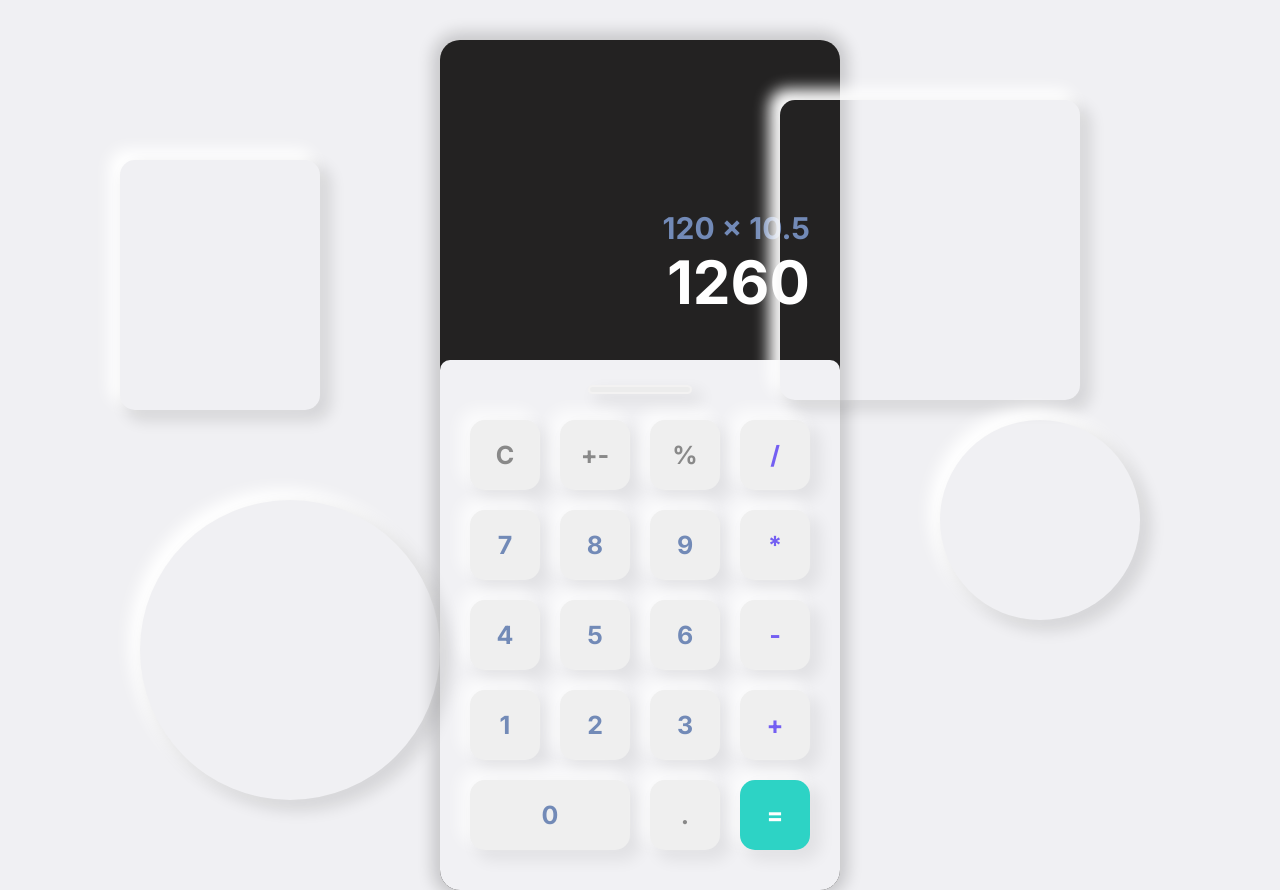
Repository: BrunoBross/calculator
Page: index.html
An editor plug-in stored every save of this project. The page is shown before and after the next save, followed by the edit.
The browser window is 1280 px wide. The pictures show the whole page.

Above is the page before, as saved 2021-11-30 23:57:03.

### index.html
<!DOCTYPE html>
<html lang="en">
<head>
  <meta charset="UTF-8">
  <meta http-equiv="X-UA-Compatible" content="IE=edge">
  <meta name="viewport" content="width=device-width, initial-scale=1.0">
  <title>Calculator</title>
  <link rel="stylesheet" href="./style.css">
  <link rel="preconnect" href="https://fonts.googleapis.com">
  <link rel="preconnect" href="https://fonts.gstatic.com" crossorigin>
  <link href="https://fonts.googleapis.com/css2?family=Inter:wght@400;500;700&display=swap" rel="stylesheet">
</head>
<body>
  <main>
    <div class="calculator">
      <div class="view">
        <span id="history">120 x 10.5</span>
        <span id="result">1260</span>
      </div>
      <div class="buttons">
        <div id="effect"></div>
        <button class="extra" id="reset">C</button>
        <button class="extra" id="moreless">+-</button>
        <button class="extra" id="percent">%</button>
        <button class="operator" id="division">/</button>
        <button class="number" id="seven">7</button>
        <button class="number" id="eight">8</button>
        <button class="number" id="nine">9</button>
        <button class="operator" id="multiply">*</button>
        <button class="number" id="four">4</button>
        <button class="number" id="five">5</button>
        <button class="number" id="six">6</button>
        <button class="operator" id="less">-</button>
        <button class="number" id="one">1</button>
        <button class="number" id="two">2</button>
        <button class="number" id="three">3</button>
        <button class="operator" id="plus">+</button>
        <button class="number" id="zero">0</button>
        <button class="extra" id="dot">.</button>
        <button class="equals" id="equals">=</button>
      </div>
    </div>
    <div class="frufrus">
      <div class="small-square"></div>
      <div class="square"></div>
      <div class="small-circle"></div>
      <div class="circle"></div>
    </div>
  </main>
</body>
<script src="./script.js"></script>
</html>

### style.css
*{
  padding: 0;
  margin: 0;
  font-family: 'Inter', sans-serif;
  font-weight: 700;
}

body{
  background-color: #F0F0F3;
}

main{
  display: flex;
  justify-content: center;
  margin-top: 40px;
}

.calculator{
  background-color: #232222;
  display: flex;
  flex-direction: column;
  width: 400px;
  height: 850px;
  border-radius: 20px;
  box-shadow: 0 0 15px 8px #0000002a;
}

.view{
  display: flex;
  flex-direction: column;
  align-items: flex-end;
  height: 200px;
  margin-top: 170px;
  margin-right: 30px;
}

.view > span{
  color: #FFF;
  font-size: 60px;
}

#history{
  font-size: 30px;
  color: #728AB7;
}

.buttons{
  padding-top: 60px;
  padding-bottom: 40px;
  background-color: #F1F1F4;
  display: flex;
  justify-content: center;
  flex-wrap: wrap;
  gap: 20px;
  border-radius: 10px 10px 20px 20px;
}

.buttons > button{
  box-shadow: 8px 8px 15px 3px #00000010, -8px -8px 15px 3px #ffffffb0;
  border: none;
  height: 70px;
  width: 70px;
  border-radius: 15px;
  cursor: pointer;
  transition: 0.3s;
  font-size: 25px;
}

button:hover{
  background-color: #cccccc;
}

.equals:hover{
  background-color: #28a59a;
}

#zero{
  width: 160px;
}

.number{
  color: #728AB7;
}

.operator{
  color: #745FF2;
}

.equals{
  color: white;
  background-color: #2DD3C5;
}

.extra{
  color: #898989;
}

#effect{
  background-color: rgb(236, 236, 236);
  border: 2px solid #f3f2f2;
  border-radius: 5px;
  box-shadow: 8px 8px 15px 3px #00000010;
  height: 5px;
  width: 100px;
  position: absolute;
  top: 385px;
}

.small-square{
  height: 250px;
  width: 200px;
  position: absolute;
  border-radius: 15px;
  top: 160px;
  left: 120px;
  box-shadow: 8px 8px 15px 3px #0000001c, -8px -8px 15px 3px #ffffff;}

.square{
  height: 300px;
  width: 300px;
  position: absolute;
  border-radius: 15px;
  top: 100px;
  right: 200px;
  box-shadow: 8px 8px 15px 3px #0000001c, -8px -8px 15px 3px #ffffff;}

.small-circle{
  height: 200px;
  width: 200px;
  position: absolute;
  border-radius: 50%;
  bottom: 100px;
  right: 140px;
  box-shadow: 8px 8px 15px 3px #0000001c, -8px -8px 15px 3px #ffffff;
}

.circle{
  height: 300px;
  width: 300px;
  position: absolute;
  border-radius: 50%;
  bottom: -80px;
  left: 140px;
  box-shadow: 8px 8px 15px 3px #0000001c, -8px -8px 15px 3px #ffffff;
}

@media only screen and (max-width: 1600px) {
  .content > p{
    font-size: 2vh;
  }
}

Loaded but not shown: script.js (no copy from this time; the picture is the same without it)

After the next save:
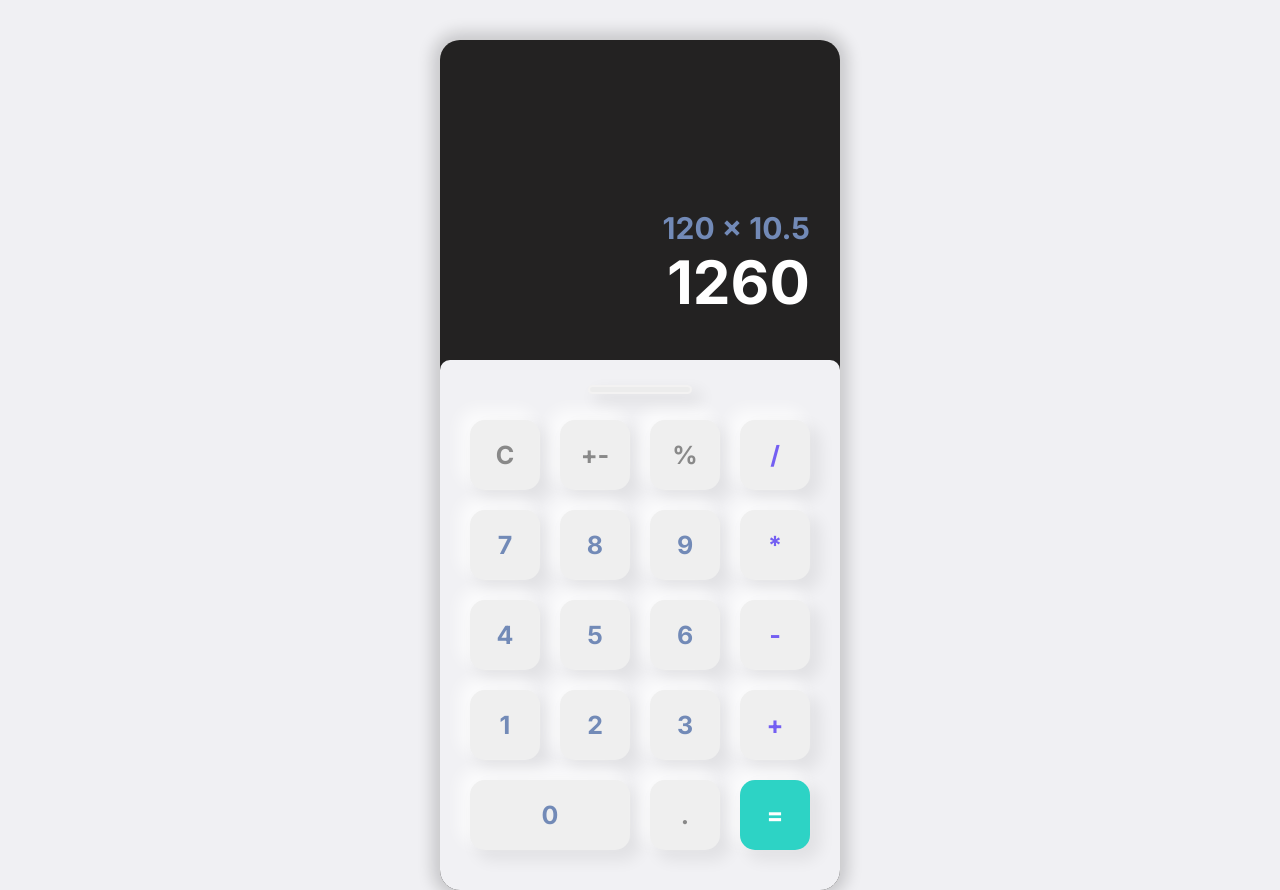
Saved 11 s later.
--- a/style.css
+++ b/style.css
@@ -145,7 +145,7 @@ button:hover{
 }
 
 @media only screen and (max-width: 1600px) {
-  .content > p{
-    font-size: 2vh;
+  .frufrus{
+    display: none;
   }
 }
